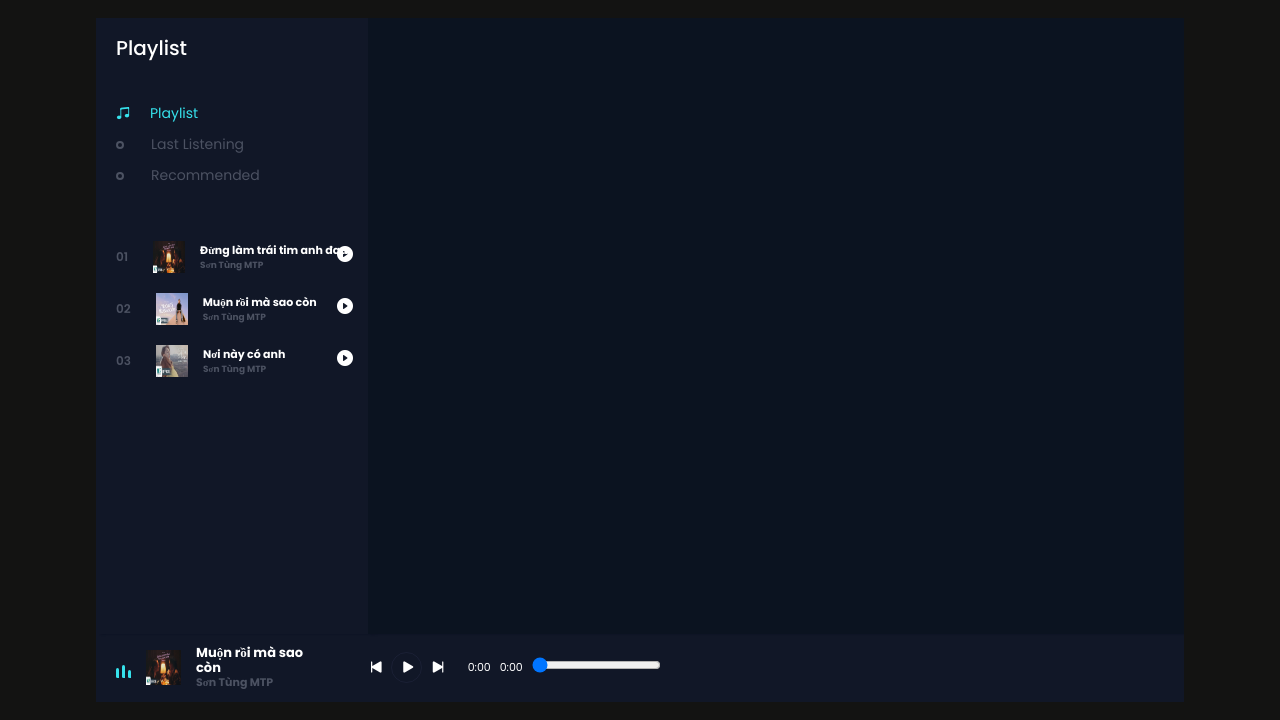
Repository: reminzuetto/Music-Website
Page: index.html
The author's editor kept a copy of each file at every save. The page is drawn from the files as they stood at one save, then again after the next save.
The browser window is 1280 px wide. The pictures show the whole page.

Above is the page before, as saved 2024-06-10 23:59:26.

### index.html
<!DOCTYPE html>
<html lang="en">
  <head>
    <meta charset="UTF-8" />
    <meta name="viewport" content="width=device-width, initial-scale=1.0" />
    <link rel="stylesheet" href="./style.css" />
    <link
      rel="stylesheet"
      href="https://cdn.jsdelivr.net/npm/bootstrap-icons@1.11.3/font/bootstrap-icons.min.css"
    />
    <title>Music Website</title>
  </head>
  <body>
    <header>
      <div class="menu_side">
        <h1>Playlist</h1>
        <div class="playlist">
          <h4 class="active">
            <span></span><i class="bi bi-music-note-beamed"></i>Playlist
          </h4>
          <h4>
            <span></span><i class="bi bi-music-note-beamed"></i>Last Listening
          </h4>
          <h4>
            <span></span><i class="bi bi-music-note-beamed"></i>Recommended
          </h4>
        </div>
        <div class="menu_song">
          <li class="songItem">
            <span>01</span>
            <img
              src="./MusicThumbnail/DungLamTraiTimAnhDau.jpg"
              alt="DungLamTraiTimAnhDau"
            />
            <h5 class="subtitle">
              Đừng làm trái tim anh đau
              <div class="subtitle">Sơn Tùng MTP</div>
            </h5>
            <i class="bi bi-play-circle-fill"></i>
          </li>
          <li class="songItem">
            <span>02</span>
            <img
              src="./MusicThumbnail/MuonRoiMaSaoCon.jpg"
              alt="MuonRoiMaSaoCon"
            />
            <h5 class="subtitle">
              Muộn rồi mà sao còn
              <div class="subtitle">Sơn Tùng MTP</div>
            </h5>
            <i class="bi bi-play-circle-fill"></i>
          </li>
          <li class="songItem">
            <span>03</span>
            <img src="./MusicThumbnail/NoiNayCoAnh.jpg" alt="NoiNayCoAnh" />
            <h5 class="subtitle">
              Nơi này có anh
              <div class="subtitle">Sơn Tùng MTP</div>
            </h5>
            <i class="bi bi-play-circle-fill"></i>
          </li>
        </div>
      </div>
      <div class="song_side"></div>
      <div class="master_play">
        <div class="wave">
          <div class="wave1"></div>
          <div class="wave1"></div>
          <div class="wave1"></div>
        </div>
        <img
          src="./MusicThumbnail/DungLamTraiTimAnhDau.jpg"
          alt="DungLamTraiTimAnhDau"
        />
        <h5 class="subtitle">
          Muộn rồi mà sao còn
          <div class="subtitle">Sơn Tùng MTP</div>
        </h5>
        <div class="icon">
          <i class="bi bi-skip-start-fill"></i>
          <i class="bi bi-play-fill"></i>
          <i class="bi bi-skip-end-fill"> </i>
        </div>
        <span class="currentStart">0:00</span>
        <span class="currentEnd">0:00</span>
        <div class="bar">
          <input type="range" id="seek" min="0" value="0" max="100" />
          <div class="bar2"></div>
          <div class="dot"></div>
        </div>
      </div>
    </header>
    <script src="./main.js"></script>
  </body>
</html>

### style.css
@import url("https://fonts.googleapis.com/css2?family=Poppins:ital,wght@0,100;0,200;0,300;0,400;0,500;0,600;0,700;0,800;0,900;1,100;1,200;1,300;1,400;1,500;1,600;1,700;1,800;1,900&display=swap");
* {
  padding: 0%;
  margin: 0%;
  box-sizing: border-box;
}

body {
  width: 100%;
  height: 100vh;
  background-color: #131312;
  font-family: "Poppins", "sans-serif";
  display: flex;
  align-items: center;
  justify-content: center;
}

header {
  width: 85%;
  height: 95%;
  /* border: 1px solid #fff; */
  display: flex;
  flex-wrap: wrap;
  overflow: hidden;
}

header .menu_side,
.song_side {
  position: relative;
  width: 25%;
  height: 90%;
  /* border: 1px solid #fff; */
  background-color: #111727;
  box-shadow: 5px 0px 2px #090f1f;
  color: #fff;
}

header .song_side {
  width: 75%;
  background: #0b1320;
}

header .master_play {
  width: 100%;
  height: 10%;
  background: #111727;
  box-shadow: 0px 3px 8px #090f1f;
}

header .menu_side h1 {
  font-size: 20px;
  margin: 15px 0px 0px 20px;
  font-weight: 500;
}

header .menu_side .playlist {
  margin: 40px 0px 0px 20px;
}
header .menu_side .playlist h4 {
  font-size: 14px;
  font-weight: 400;
  padding-bottom: 10px;
  color: #4c5262;
  cursor: pointer;
  display: flex;
  align-items: center;
  transition: 0.3 linear;
}

header .menu_side .playlist h4:hover {
  color: #fff;
}
header .menu_side .playlist h4 span {
  position: relative;
  margin-right: 35px;
}
header .menu_side .playlist h4 span::before {
  content: "";
  position: absolute;
  width: 4px;
  height: 4px;
  border: 2px solid #4c5262;
  border-radius: 50%;
  top: -4px;
  transition: 0.3s linear;
}

header .menu_side .playlist h4:hover span::before:hover {
  border: 2px solid #fff;
}

header .menu_side .playlist h4 .bi {
  display: none;
}

header .menu_side .playlist .active {
  color: #36e2ec;
}

header .menu_side .playlist .active span {
  display: none;
}

header .menu_side .playlist .active .bi {
  display: block;
  margin-right: 20px;
}

header .menu_side .menu_song {
  width: 100%;
  height: 320px;
  /* border: 1px solid #fff; */
  margin-top: 40px;
}
header .menu_side .menu_song li {
  position: relative;
  list-style: none;
  padding: 5px 0px 5px 20px;
  margin-bottom: 10px;
  cursor: pointer;
  transition: 0.3s linear;
  display: flex;
  align-items: center;
}
header .menu_side .menu_song li:hover {
  background: rgb(105, 105, 170, 0.1);
}
header .menu_side .menu_song li span {
  font-size: 12px;
  font-weight: 600;
  color: #4c5262;
}
header .menu_side .menu_song li img {
  width: 32px;
  height: 32px;
  margin-left: 25px;
}

header .menu_side .menu_song li h5 {
  font-size: 11px;
  margin-left: 15px;
}

header .menu_side .menu_song li h5 .subtitle {
  font-size: 9px;
  color: #4c5262;
}

header .menu_side .menu_song li .bi {
  position: absolute;
  right: 15px;
  top: 6px;
}

header .master_play {
  display: flex;
  align-items: center;
  padding: 0 20px;
}

header .master_play .wave {
  width: 30px;
  height: 30px;
  padding-bottom: 5px;
  display: flex;
  align-items: flex-end;
}

header .master_play .wave .wave1 {
  width: 3px;
  height: 10px;
  margin-right: 3px;
  border-radius: 10px 10px 0 10px;
  background: #36e2ec;
  animation: unset;
}

header .master_play .wave .wave1:nth-child(2) {
  /* animation-delay: 0.4s; */
  height: 13px;
}

header .master_play .wave .wave1:nth-child(3) {
  /* animation-delay: 0.8s; */
  height: 8px;
}

/* javascript wave animation class */
header .master_play .active2 .wave1 {
  animation: wave 0.5s linear infinite;
}

header .master_play .active2 .wave1:nth-child(2) {
  animation-delay: 0.4s;
}

header .master_play .active2 .wave1:nth-child(3) {
  animation-delay: 0.8s;
}
@keyframes wave {
  0% {
    height: 10px;
  }
  50% {
    height: 15px;
  }
  100% {
    height: 10px;
  }
}

header .master_play img {
  width: 35px;
  height: 35px;
}

header .master_play h5 {
  width: 130px;
  font-size: 13px;
  margin-left: 15px;
  color: #fff;
  line-height: 15px;
}

header .master_play h5 .subtitle {
  font-size: 11px;
  color: #4c5262;
}

header .master_play .icon {
  font-size: 20px;
  color: #fff;
  margin: 0 20px 0 40px;
}

header .master_play .icon .bi {
  cursor: pointer;
  outline: none;
}

header .master_play .icon .bi:nth-child(2) {
  border: 1px solid rgb(105, 105, 170, 0.1);
  border-radius: 50%;
  padding: 1px 3px 0px 6px;
  transition: 0.3 linear;
}

header .master_play span {
  width: 32px;
  font-size: 11px;
  font-weight: 400;
  color: #fff;
}

header .master_play #currentStart {
  margin: 0 0 0 20px;
}

header .master_play .bar {
  position: relative;
  width: 43px;
}

Loaded but not shown: main.js (no copy from this time; the picture is the same without it)

After the next save:
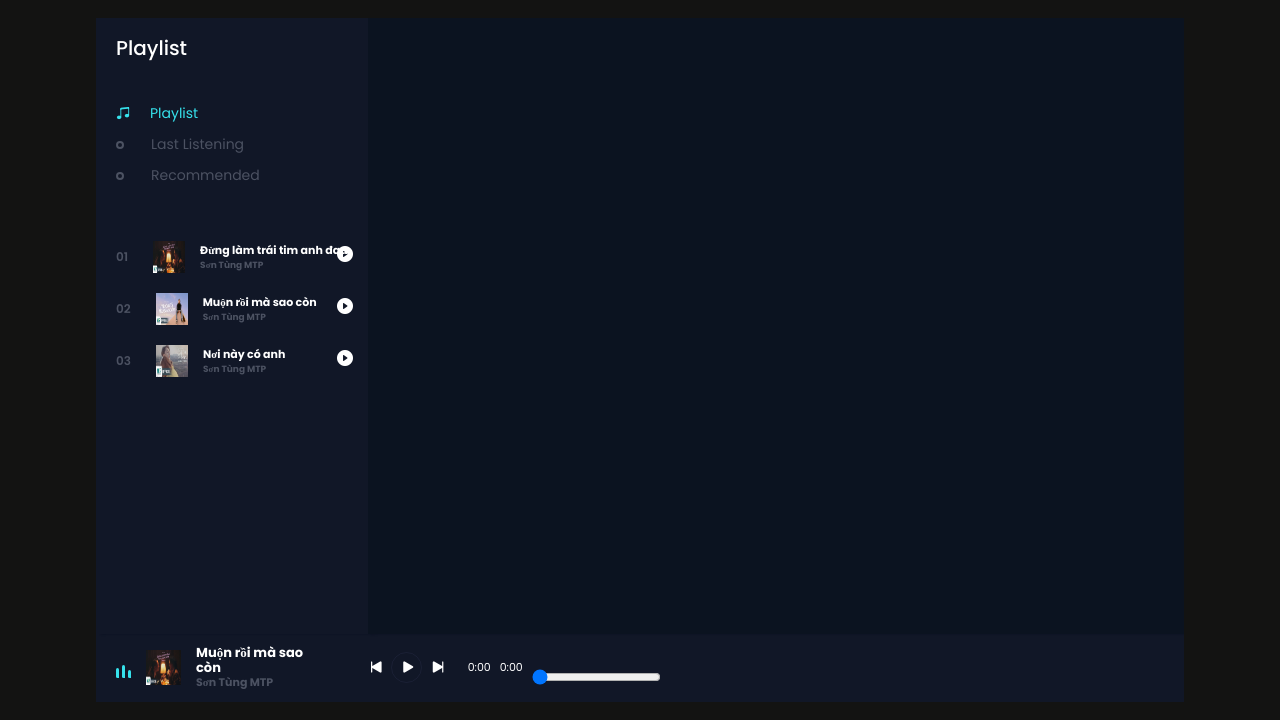
Saved 8 s later.
--- a/style.css
+++ b/style.css
@@ -259,4 +259,5 @@ header .master_play #currentStart {
 header .master_play .bar {
   position: relative;
   width: 43px;
-}
+  height: 2px;
+}
